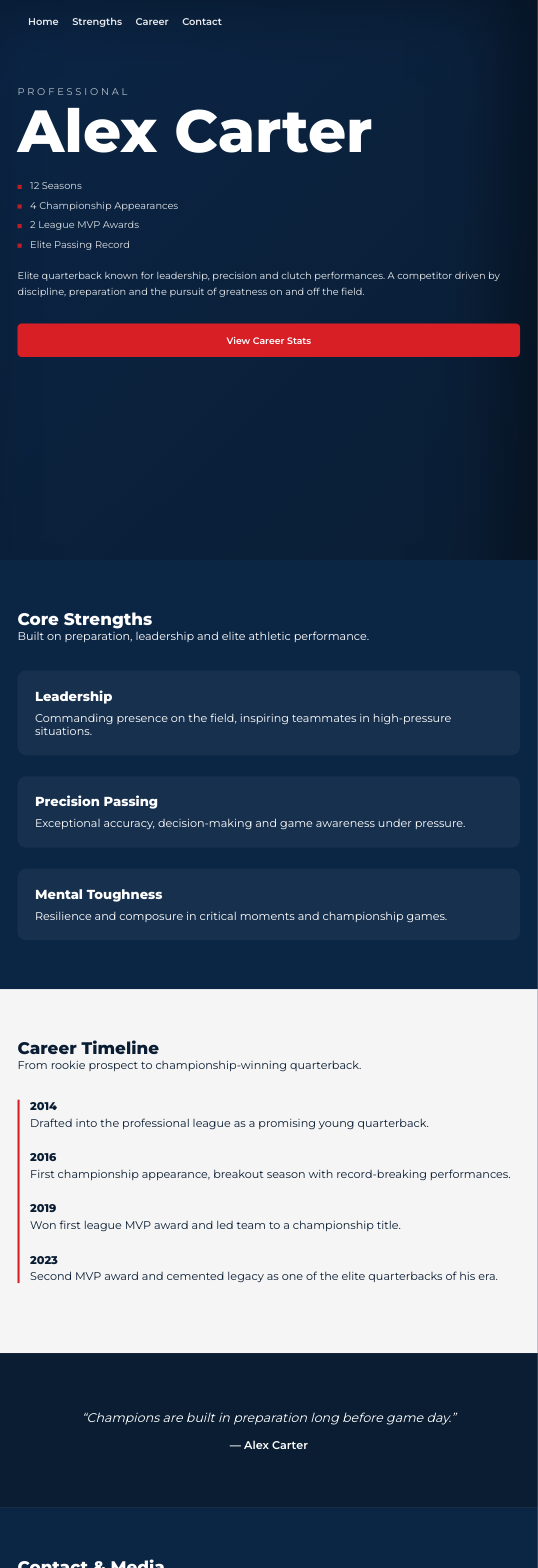
Repository: davidfsillva/Alex-Carter
Page: index.html
The author's editor kept a copy of each file at every save. The page is drawn from the files as they stood at one save, then again after the next save.
The browser window is 768 px wide. The pictures show the part of the page from y = 0 to 2240 px (the page is 2483 px tall before and 2647 px after), at 70% of full size.

Above is the page before, as saved 2026-02-12 15:05:13.

### index.html
<!DOCTYPE html>
<html lang="en">
<head>
  <meta charset="UTF-8" />
  <meta name="viewport" content="width=device-width, initial-scale=1.0"/>
  <title>Alex Carter | Professional Quarterback</title>
  <link rel="stylesheet" href="style.css" />
  <link rel="preconnect" href="https://fonts.googleapis.com">
  <link rel="preconnect" href="https://fonts.gstatic.com" crossorigin>
  <link href="https://fonts.googleapis.com/css2?family=Montserrat:wght@400;600;800&display=swap" rel="stylesheet">
</head>
<body>

<!-- NAVBAR -->
<header class="navbar">
  <nav>
    <a href="#">Home</a>
    <a href="#skills">Strengths</a>
    <a href="#career">Career</a>
    <a href="#contact">Contact</a>
  </nav>
</header>

<!-- HERO -->
<section class="hero">
  <div class="hero-left">
    <span class="tag">PROFESSIONAL</span>
    <h1>Alex Carter</h1>

    <ul class="stats">
      <li>12 Seasons</li>
      <li>4 Championship Appearances</li>
      <li>2 League MVP Awards</li>
      <li>Elite Passing Record</li>
    </ul>

    <p class="description">
      Elite quarterback known for leadership, precision and clutch performances.
      A competitor driven by discipline, preparation and the pursuit of greatness
      on and off the field.
    </p>

    <button class="cta" onclick="window.location.href='Alex_Carter_Stats.pdf'">
      View Career Stats
    </button>

  </div>

  <div class="hero-right">
    <img src="img/spbw.png" alt="Alex Carter Quarterback">
  </div>
</section>

<!-- STRENGTHS SECTION -->
<section id="skills" class="section dark">
  <div class="container">
    <h2>Core Strengths</h2>
    <p>Built on preparation, leadership and elite athletic performance.</p>

    <div class="grid">
      <div class="card">
        <h3>Leadership</h3>
        <p>Commanding presence on the field, inspiring teammates in high-pressure situations.</p>
      </div>

      <div class="card">
        <h3>Precision Passing</h3>
        <p>Exceptional accuracy, decision-making and game awareness under pressure.</p>
      </div>

      <div class="card">
        <h3>Mental Toughness</h3>
        <p>Resilience and composure in critical moments and championship games.</p>
      </div>
    </div>
  </div>
</section>

<!-- CAREER SECTION -->
<section id="career" class="section light">
  <div class="container">
    <h2>Career Timeline</h2>

    <p>From rookie prospect to championship-winning quarterback.</p>

    <div class="timeline">
      <div class="timeline-item">
        <h4>2014</h4>
        <p>Drafted into the professional league as a promising young quarterback.</p>
      </div>

      <div class="timeline-item">
        <h4>2016</h4>
        <p>First championship appearance, breakout season with record-breaking performances.</p>
      </div>

      <div class="timeline-item">
        <h4>2019</h4>
        <p>Won first league MVP award and led team to a championship title.</p>
      </div>

      <div class="timeline-item">
        <h4>2023</h4>
        <p>Second MVP award and cemented legacy as one of the elite quarterbacks of his era.</p>
      </div>
    </div>
  </div>
</section>

<!-- QUOTE SECTION -->
<section class="quote">
  <div class="container">
    <blockquote>
      “Champions are built in preparation long before game day.”
    </blockquote>
    <span>— Alex Carter</span>
  </div>
</section>

<!-- CONTACT SECTION -->
<section id="contact" class="section dark">
  <div class="container">
    <h2>Contact & Media</h2>
    <p>For sponsorships, interviews or partnership opportunities, get in touch.</p>
    <button class="cta" onclick="window.location.href='mailto:alexcarter@agency.com'">
      Contact Management
    </button>
  </div>
</section>

<!-- FOOTER -->
<footer class="footer">
  <p>© 2026 Alex Carter | Professional Quarterback</p>
</footer>

<script src="scripts.js"></script>
</body>
</html>

### style.css
/* =====================
   RESET E FONTES
===================== */
* {
  margin: 0;
  padding: 0;
  box-sizing: border-box;
  font-family: 'Montserrat', sans-serif;
}

body {
  background: #6b7c86;
  color: #fff;
}

/* =====================
   NAVBAR
===================== */
.navbar {
  position: absolute;
  top: 0;
  width: 100%;
  padding: 30px 60px;
  display: flex;
  justify-content: space-between;
  align-items: center;
  z-index: 10;
}

.navbar .logo {
  color: #fff;
  font-weight: 800;
  font-size: 22px;
  letter-spacing: 2px;
}

.navbar nav a {
  color: #fff;
  text-decoration: none;
  margin-left: 30px;
  font-weight: 600;
  opacity: 0.9;
  transition: 0.3s ease;
}

.navbar nav a:hover {
  opacity: 1;
  color: #d91f26;
}

/* =====================
   HERO SECTION
===================== */
.hero {
  background: #d91f26;
  display: flex;
  height: 100vh;
  overflow: hidden;
}

/* HERO LEFT */
.hero-left {
  width: 55%;
  background: linear-gradient(135deg, #0b2545, #0a1d33);
  padding: 140px 80px;
  color: #fff;
  position: relative;
  box-shadow: inset -50px 0 100px rgba(0,0,0,0.4);

  clip-path: polygon(0 0, 96% 0, 90% 100%, 0% 100%);
}


.hero-left .tag {
  letter-spacing: 4px;
  font-size: 14px;
  opacity: 0.7;
}

.hero-left h1 {
  font-size: 85px;
  font-weight: 800;
  margin: 10px 0 30px;
  line-height: 0.9;
}

.stats {
  list-style: none;
  margin-bottom: 25px;
}

.stats li {
  margin-bottom: 10px;
  font-size: 15px;
  opacity: 0.85;
  position: relative;
  padding-left: 18px;
}

.stats li::before {
  content: "";
  width: 6px;
  height: 6px;
  background: #d91f26;
  position: absolute;
  left: 0;
  top: 8px;
}

.description {
  max-width: 420px;
  font-size: 15px;
  margin-bottom: 35px;
  opacity: 0.9;
  line-height: 1.6;
}

.cta {
  background: #d91f26;
  border: none;
  padding: 14px 36px;
  color: #fff;
  font-weight: 600;
  cursor: pointer;
  transition: all 0.3s ease;
  border-radius: 6px;
}

.cta:hover {
  transform: translateY(-4px);
  box-shadow: 0 10px 25px rgba(217, 31, 38, 0.4);
}

/* Scroll Indicator */
.scroll {
  position: absolute;
  bottom: 40px;
  font-size: 12px;
  letter-spacing: 3px;
  opacity: 0.6;
}

/* HERO RIGHT */
.hero-right {
  width: 45%;
  background: #d91f26;
  display: flex;
  align-items: flex-end;
  justify-content: center;
  position: relative;
  overflow: hidden;

}


.hero-right::before {
  content: "";
  position: absolute;
  width: 600px;
  height: 600px;
  background: rgba(255,255,255,0.05);
  border-radius: 50%;
  top: -200px;
  right: -200px;
}

.hero-right img {
  height: 110%;
  width: auto;
  object-fit: contain;
  align-self: flex-end;
  animation: float 5s ease-in-out infinite;
  position: relative;
  z-index: 2;
}

/* Floating animation */
@keyframes float {
  0% { transform: scale(1); }
  50% { transform: scale(1.02); }
  100% { transform: scale(1); }
}

/* =====================
   SECTIONS (GENERIC)
===================== */
.section {
  padding: 100px 80px;
}

.section.dark {
  background: #0b2545;
  color: #fff;
}

.section.light {
  background: #f5f5f5;
  color: #0a1d33;
}

.container {
  max-width: 1200px;
  margin: 0 auto;
}

/* GRID CARDS */
.grid {
  display: grid;
  grid-template-columns: repeat(auto-fit, minmax(250px, 1fr));
  gap: 30px;
  margin-top: 40px;
}

.card {
  background: rgba(255,255,255,0.05);
  padding: 25px;
  border-radius: 12px;
  transition: transform 0.3s ease, box-shadow 0.3s ease;
}

.card:hover {
  transform: translateY(-5px);
  box-shadow: 0 10px 25px rgba(0,0,0,0.2);
}

.card h3 {
  margin-bottom: 10px;
}

/* TIMELINE */
.timeline {
  margin-top: 40px;
  border-left: 3px solid #d91f26;
  padding-left: 20px;
}

.timeline-item {
  margin-bottom: 30px;
}

.timeline-item h4 {
  margin-bottom: 5px;
}

/* QUOTE */
.quote {
  text-align: center;
  padding: 80px 20px;
  background: #0a1d33;
}

.quote blockquote {
  font-size: 22px;
  font-style: italic;
  max-width: 700px;
  margin: 0 auto 15px;
  line-height: 1.5;
}

.quote span {
  display: block;
  font-weight: 600;
  margin-top: 10px;
}

#contact .cta {
  margin-top: 25px; /* aumenta o espaço entre o texto e o botão */
}


/* FOOTER */
.footer {
  text-align: center;
  padding: 25px 0;
  background: #0b2545;
  font-size: 14px;
  opacity: 0.8;
}

/* =====================
   RESPONSIVO MOBILE
===================== */
@media (max-width: 900px) {

  .hero {
    flex-direction: column;
    min-height: auto;
  }

  .hero-left,
  .hero-right {
    width: 100%;
    clip-path: none; /* remove corte diagonal no mobile */
  }

  .hero-left {
    padding: 120px 25px 60px 25px;
    text-align: left;
  }

  .hero-left {
    background:
          background: linear-gradient(
    135deg,
    rgba(11, 37, 69, 0.85),
    rgba(10, 29, 51, 0.85)
  );
,
      url("img/spbw.png");

    background-repeat: no-repeat;
    background-position: bottom center;
    background-size: contain;
    padding-bottom: 380px; /* espaço pra imagem */
  }

  .stats li {
    font-size: 14px;
  }

  .description {
    max-width: 100%;
    font-size: 14px;
  }

  .cta {
    width: 100%;
    padding: 16px;
  }

  .hero-right {
    display: none;
  }


  .hero-right img {
    margin-top: -120px; /* ajusta conforme sua imagem */
  }

  .section {
    padding: 70px 25px;
  }

  .grid {
    grid-template-columns: 1fr;
  }

  .timeline {
    padding-left: 15px;
  }

  .quote blockquote {
    font-size: 18px;
  }

  .navbar {
    padding: 20px 25px;
  }

  .navbar nav a {
    margin-left: 15px;
    font-size: 14px;
  }
}

### scripts.js
// =============================
// ANIMAÇÃO DE ENTRADA HERO LEFT
// =============================
window.addEventListener("load", () => {
  const heroLeft = document.querySelector(".hero-left");

  // Estado inicial antes da animação
  heroLeft.style.opacity = 0;
  heroLeft.style.transform = "translateX(-40px)";

  // Adiciona animação após pequeno delay
  setTimeout(() => {
    heroLeft.style.transition = "opacity 0.8s ease, transform 0.8s ease";
    heroLeft.style.opacity = 1;
    heroLeft.style.transform = "translateX(0)";
  }, 300);
});

// =============================
// ANIMAÇÃO OPCIONAL PARA BOTÃO CTA
// =============================
const ctaButton = document.querySelector(".cta");

ctaButton.addEventListener("mouseenter", () => {
  ctaButton.style.transform = "scale(1.05)";
});

ctaButton.addEventListener("mouseleave", () => {
  ctaButton.style.transform = "scale(1)";
});

After the next save:
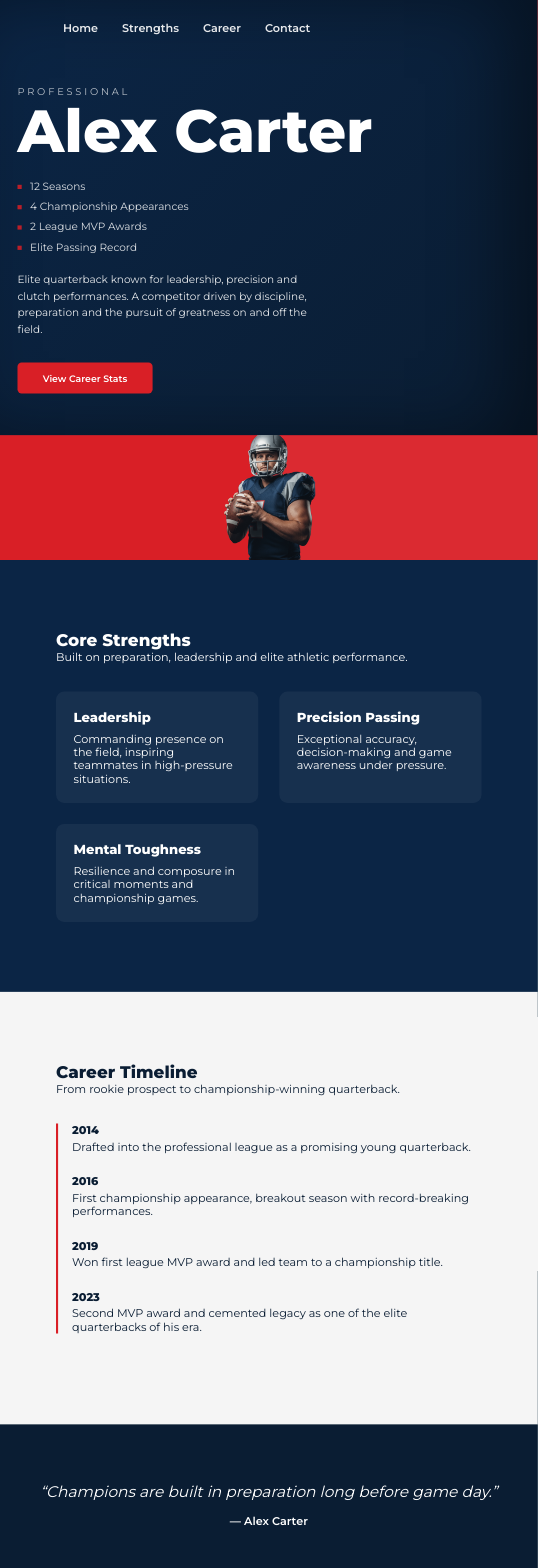
Saved 10 s later.
--- a/style.css
+++ b/style.css
@@ -304,7 +304,6 @@
     135deg,
     rgba(11, 37, 69, 0.85),
     rgba(10, 29, 51, 0.85)
-  );
 ,
       url("img/spbw.png");
 

After the 2 saves that followed:
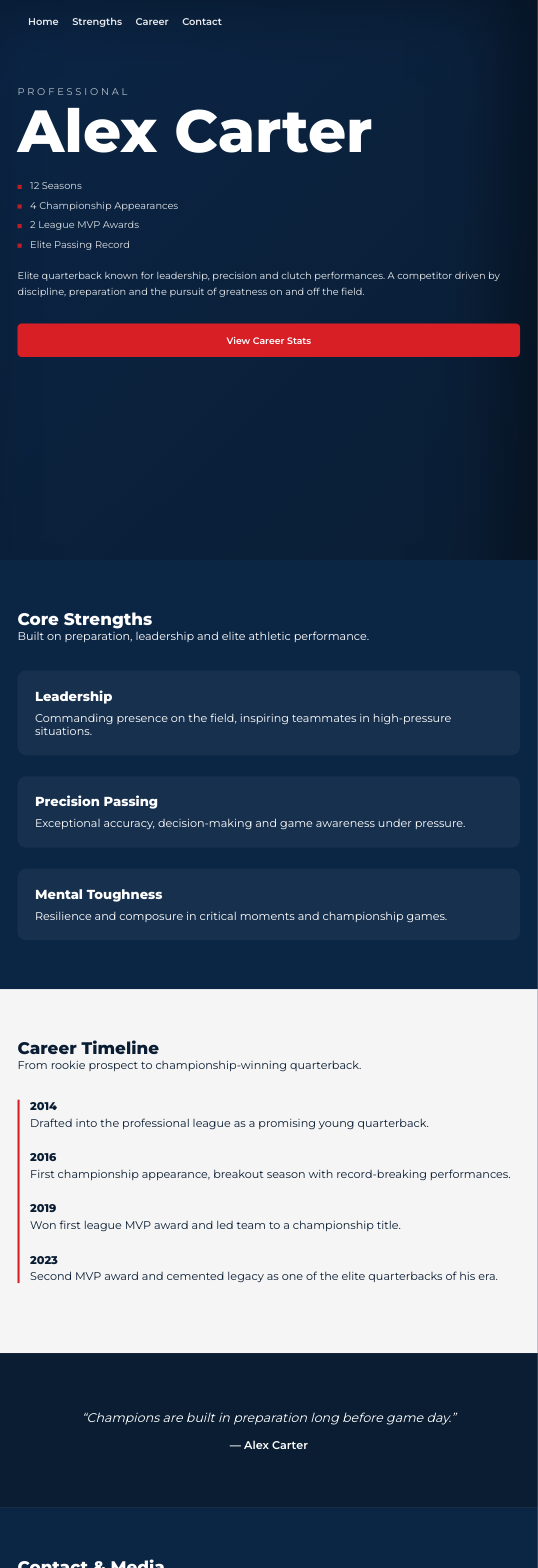
The 2 saves are shown as one change because 1 left the picture as it was.
The last was saved 11 s later.
--- a/style.css
+++ b/style.css
@@ -300,11 +300,7 @@
 
   .hero-left {
     background:
-          background: linear-gradient(
-    135deg,
-    rgba(11, 37, 69, 0.85),
-    rgba(10, 29, 51, 0.85)
-,
+        background: linear-gradient(135deg, #0b2545, #0a1d33),
       url("img/spbw.png");
 
     background-repeat: no-repeat;
